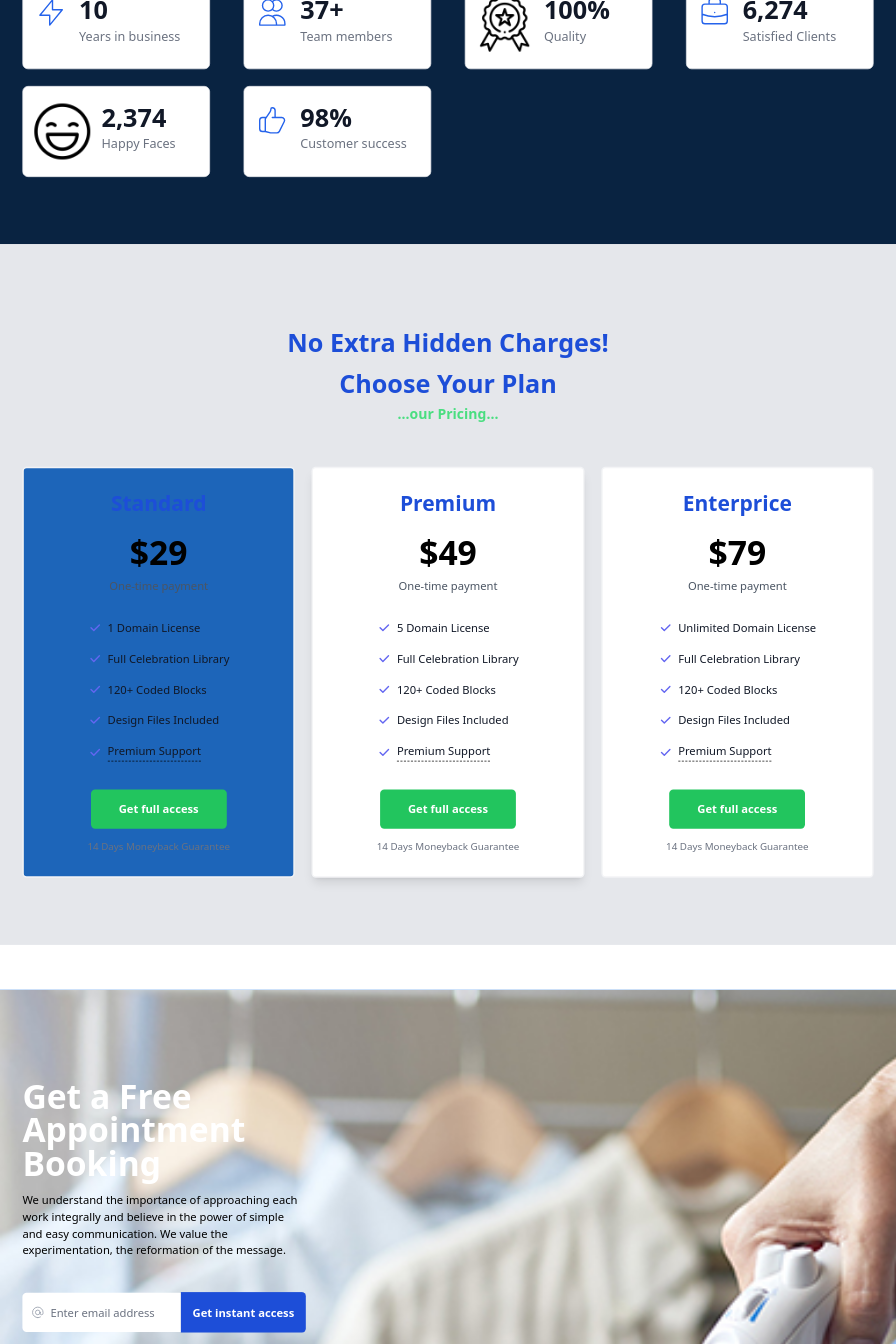
Repository: remydev47/cleonara
Page: /
These files come from the project's save history. The page is drawn as it stood at one moment and after the next save; the edit follows.
The browser window is 1280 px wide. The pictures show the part of the page from y = 3977 to 5897 px (the page is 8641 px tall), at 70% of full size.
The project was rebuilt for these pictures with package versions that can differ from the ones it lists, and the page was loaded fresh each time. The framework's server and built-in components were replaced by stand-ins that run in the browser. Also part of the build but not shown: next.config.js.

Above is the page before, as saved 2022-11-03 12:52:53.

After the next save:
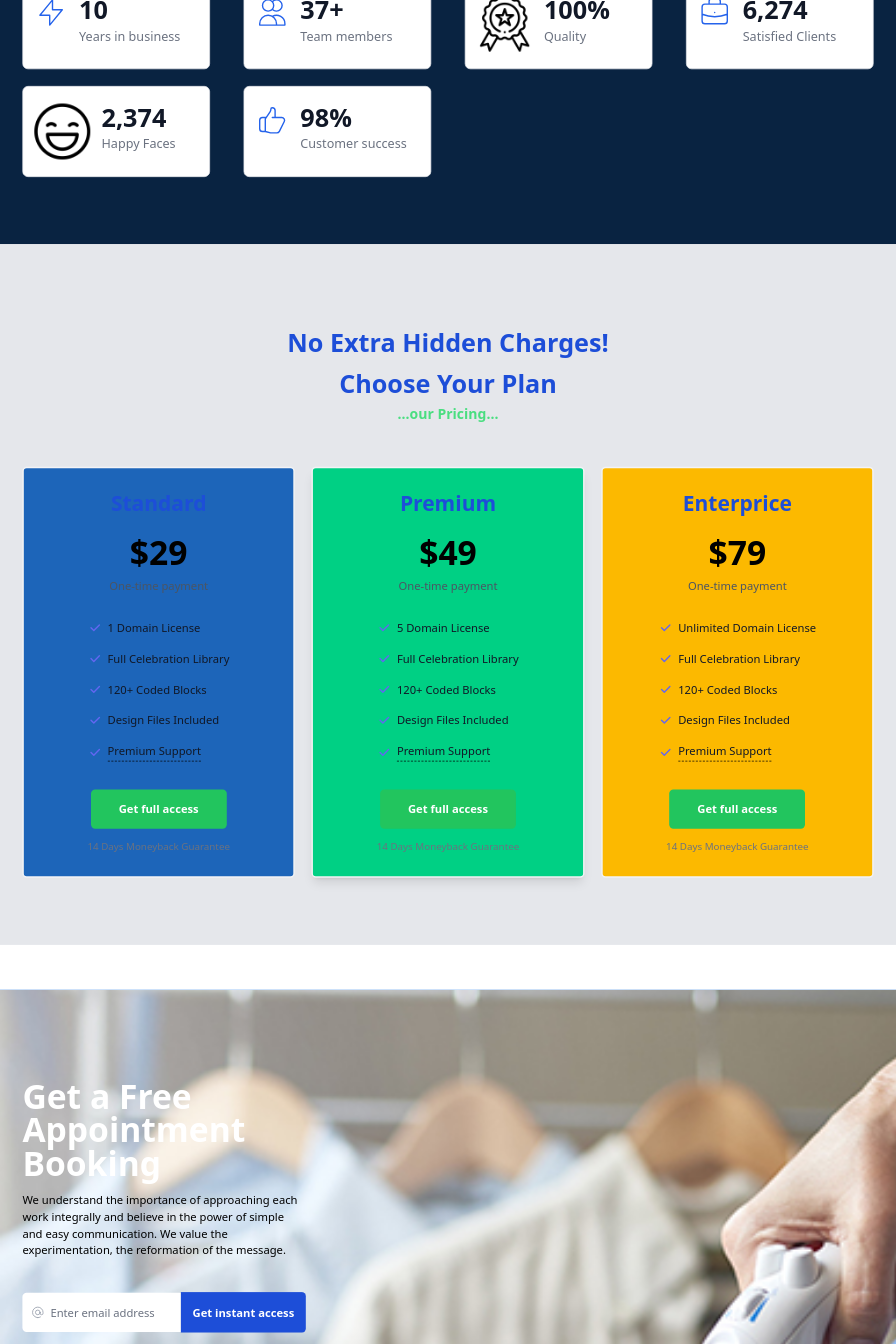
Saved 62 s later.
--- a/components/Pricing.tsx
+++ b/components/Pricing.tsx
@@ -63,7 +63,7 @@ const Pricing = () => {
                 </div>
             </div>
 
-            <div className="overflow-hidden bg-white border-2 border-gray-100 rounded-md shadow-lg">
+            <div className="overflow-hidden bg-[#00d084] border-2 border-gray-100 rounded-md shadow-lg">
                 <div className="p-8 xl:px-12">
                     <h3 className="text-3xl font-bold text-blue-700">Premium</h3>
 
@@ -112,7 +112,7 @@ const Pricing = () => {
                 </div>
             </div>
 
-            <div className="overflow-hidden bg-white border-2 border-gray-100 rounded-md">
+            <div className="overflow-hidden bg-[#fcb900] border-2 border-gray-100 rounded-md">
                 <div className="p-8 xl:px-12">
                     <h3 className="text-3xl font-bold text-blue-700">Enterprice</h3>
 
